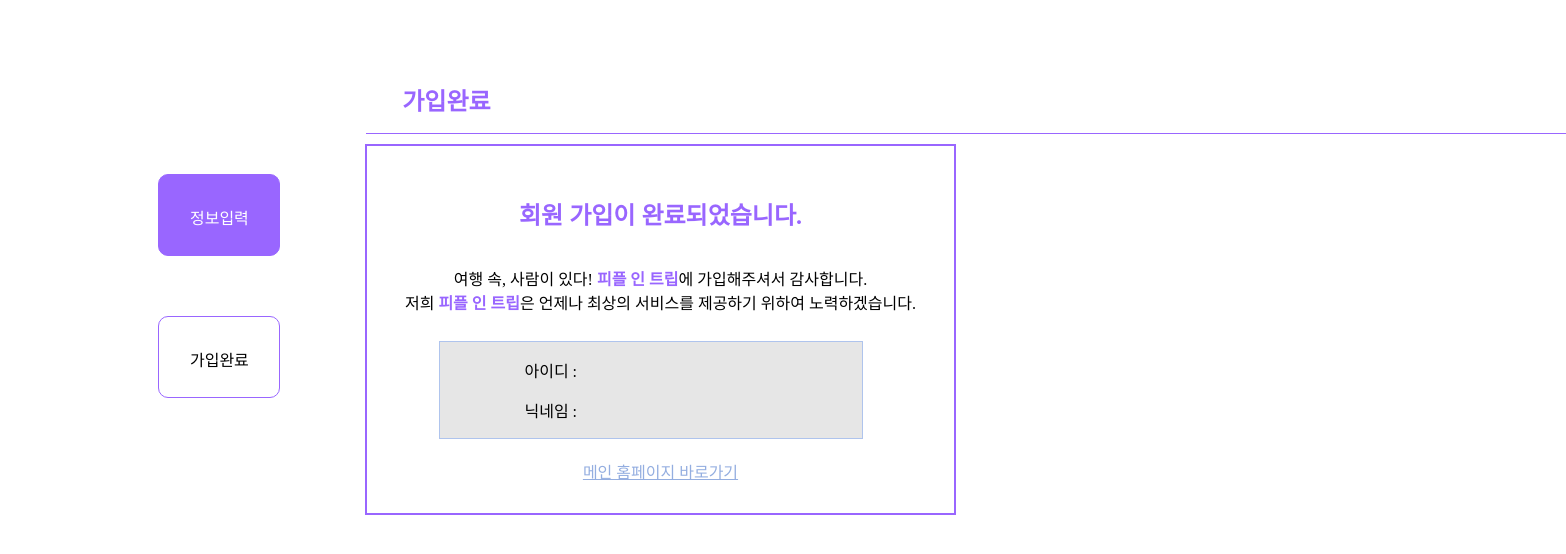
Repository: kimjinmin4535/ezen_loginteam
Page: http://localhost/Ezen_Project/signup/signupcomplete.jsp
The author's editor kept a copy of each file at every save. The page is drawn from the files as they stood at one save, then again after the next save.
The browser window is 1280 px wide. The page is 1566 px wide, then 1280 px, so the pictures cover 1566 px, including what lies to the right of the window. The pictures show the whole page.
The page is served by Tomcat 9.

Above is the page before, as saved 2022-07-05 16:03:13.

After the next save:
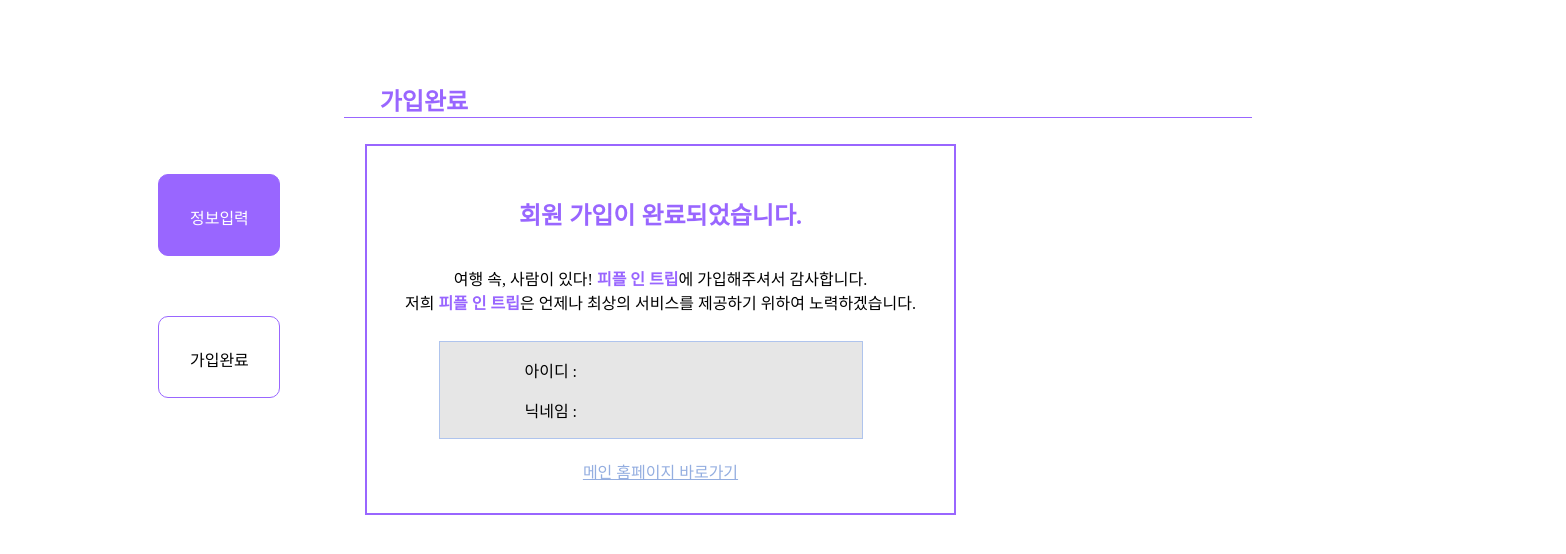
Saved 8 s later.
--- a/Ezen_Project/src/main/webapp/resources/css/signup/signup.css
+++ b/Ezen_Project/src/main/webapp/resources/css/signup/signup.css
@@ -56,7 +56,7 @@
   	border-bottom: 1px solid #9966ff;
   	margin: 10% 0px;
   	padding: 0px 40px 0px 120px;
-
+	margin: 0px -23px 0px -22px;
 }
 
 
